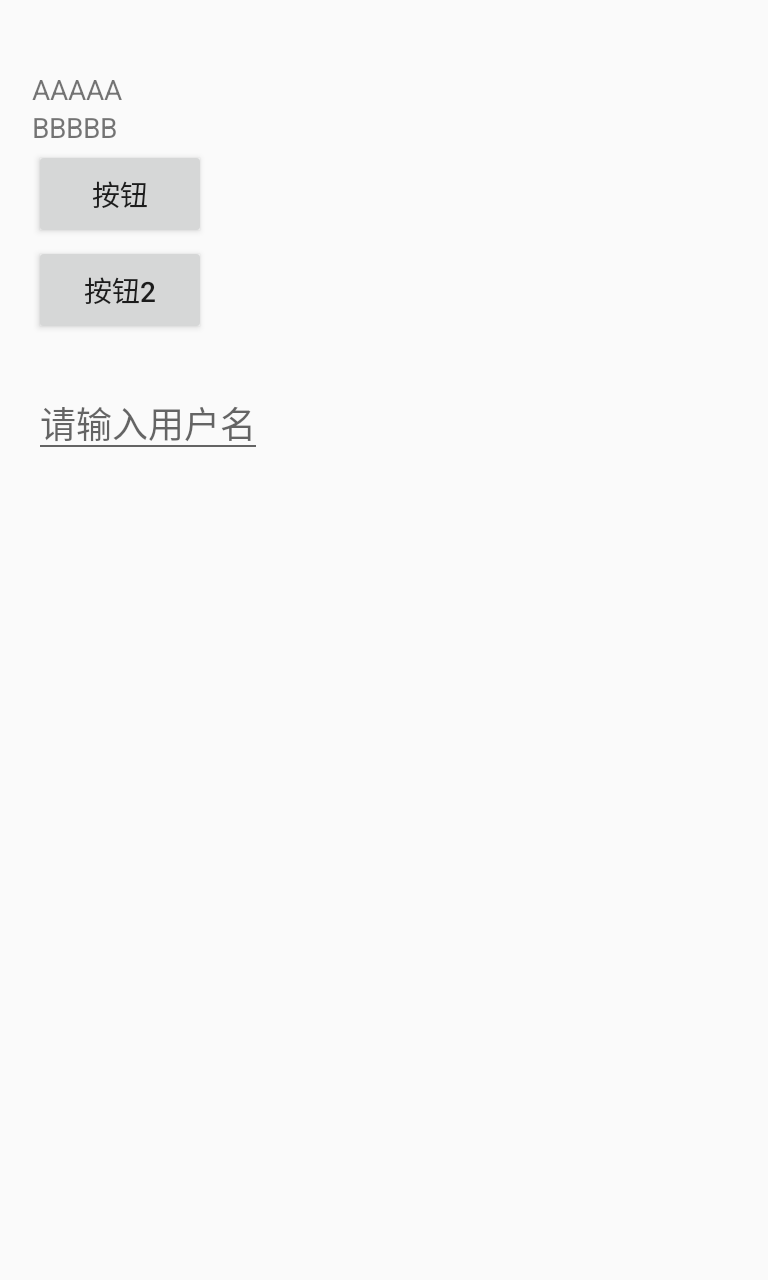
Repository: zzznn/Android_and_java
Layout: work/Day0202/res/layout/activity_main.xml
An editor plug-in stored every save of this project. The layout is shown before and after the next save, followed by the edit.
It is drawn on a 768 x 1280 px phone screen (xhdpi) without system bars, with theme AppTheme; the app's code is not run.

Above is the layout before, as saved 2018-01-03 08:38:56.

### work/Day0202/res/layout/activity_main.xml
<LinearLayout xmlns:android="http://schemas.android.com/apk/res/android"
    xmlns:tools="http://schemas.android.com/tools"
    android:layout_width="match_parent"
    android:layout_height="match_parent"
    android:paddingBottom="@dimen/activity_vertical_margin"
    android:paddingLeft="@dimen/activity_horizontal_margin"
    android:paddingRight="@dimen/activity_horizontal_margin"
    android:paddingTop="@dimen/activity_vertical_margin"
    android:orientation="vertical"
    tools:context="com.Kevin.day0202.MainActivity" >

    <TextView
        android:id="@+id/tv"
        android:layout_width="wrap_content"
        android:layout_height="wrap_content"/>
    <TextView
        android:id="@+id/tv_sec"
        android:layout_width="wrap_content"
        android:layout_height="wrap_content"
        android:text="AAAAA"/>


    <TextView
        android:id="@+id/tv_th"
        android:layout_width="wrap_content"
        android:layout_height="wrap_content"
        android:text="BBBBB"/>


    <Button
        android:id="@+id/btn"
        android:layout_width="wrap_content"
        android:layout_height="wrap_content"
        android:text="按钮"
        />

    <Button
        android:id="@+id/btn_sec"
        android:layout_width="wrap_content"
        android:layout_height="wrap_content"
        android:text="按钮2"
        />


    <TextView
        android:layout_width="wrap_content"
        android:layout_height="wrap_content"/>
    	android:text="用户名"
    <EditText
        android:id="@+id/et_name"
        android:layout_width="wrap_content"
        android:layout_height="wrap_content"
        android:hint="请输入用户名"
        />

</LinearLayout>

Loaded but not shown: work/Day0202/res/values/styles.xml (common file); work/Day0202/res/values-v11/styles.xml (common file); work/Day0202/res/values-v14/styles.xml (common file); work/Day0202/res/values/dimens.xml (common file); work/Day0202/res/values-w820dp/dimens.xml (common file)

After the next save:
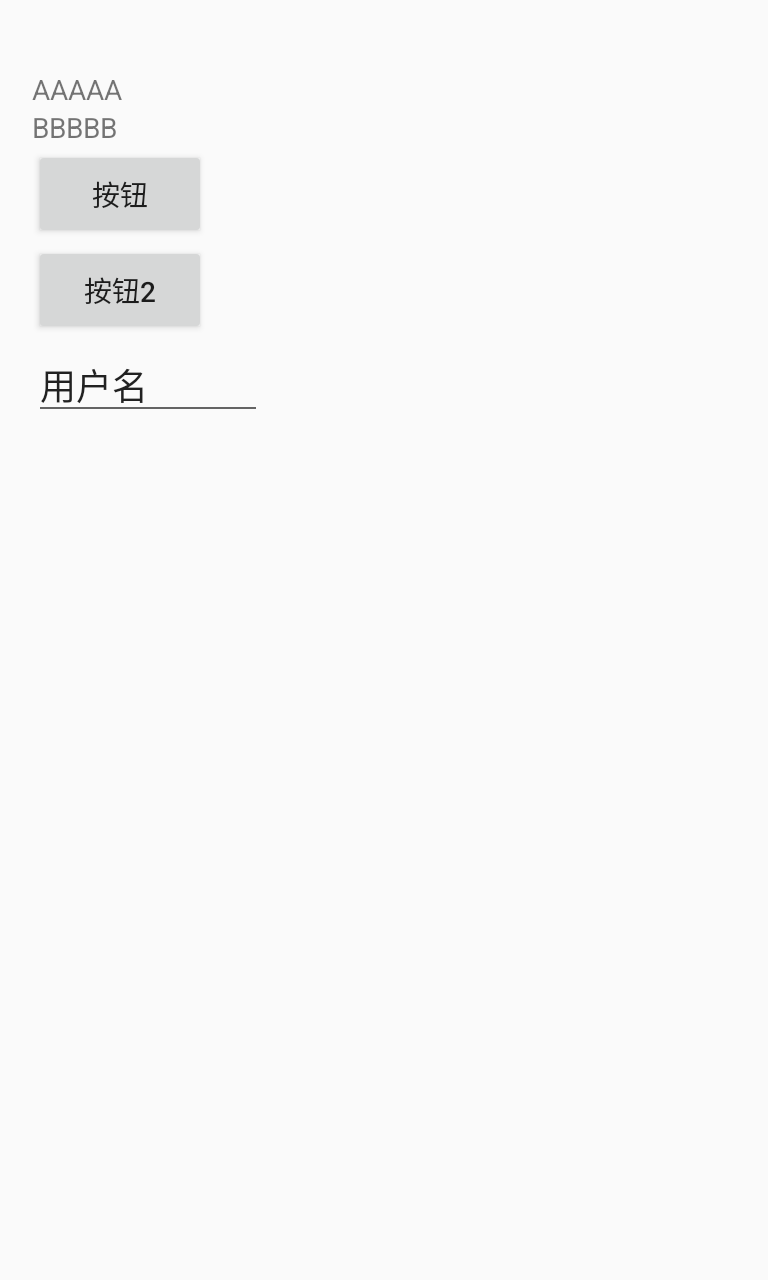
Saved 2 min 17 s later.
--- a/work/Day0202/res/layout/activity_main.xml
+++ b/work/Day0202/res/layout/activity_main.xml
@@ -41,15 +41,11 @@
         android:text="按钮2"
         />
 
-
-    <TextView
-        android:layout_width="wrap_content"
-        android:layout_height="wrap_content"/>
-    	android:text="用户名"
     <EditText
         android:id="@+id/et_name"
         android:layout_width="wrap_content"
         android:layout_height="wrap_content"
+        android:text="用户名"
         android:hint="请输入用户名"
         />
 
